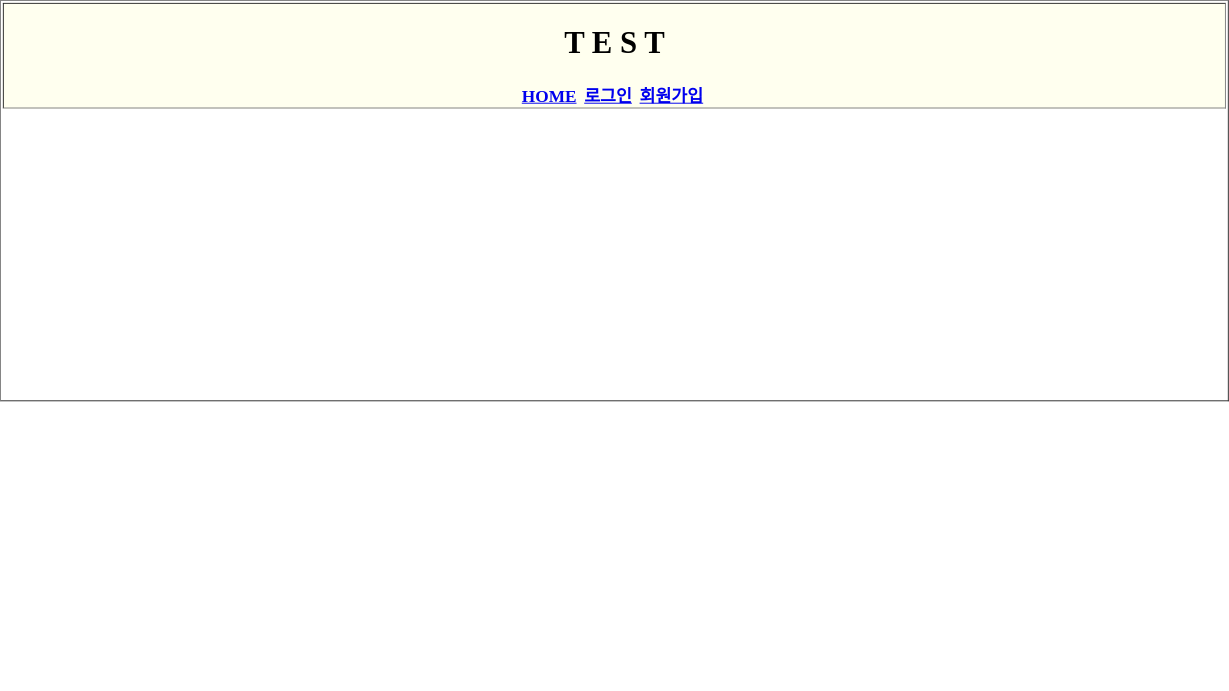
Repository: CHANGMAN-LEE/Java_ee
Page: workspace/test/WebContent/test/index.html
The author's editor kept a copy of each file at every save. The page is drawn from the files as they stood at one save, then again after the next save.
The browser window is 1280 px wide. The pictures show the whole page, at 96% of full size.

Above is the page before, as saved 2020-07-09 05:54:09.

After the next save:
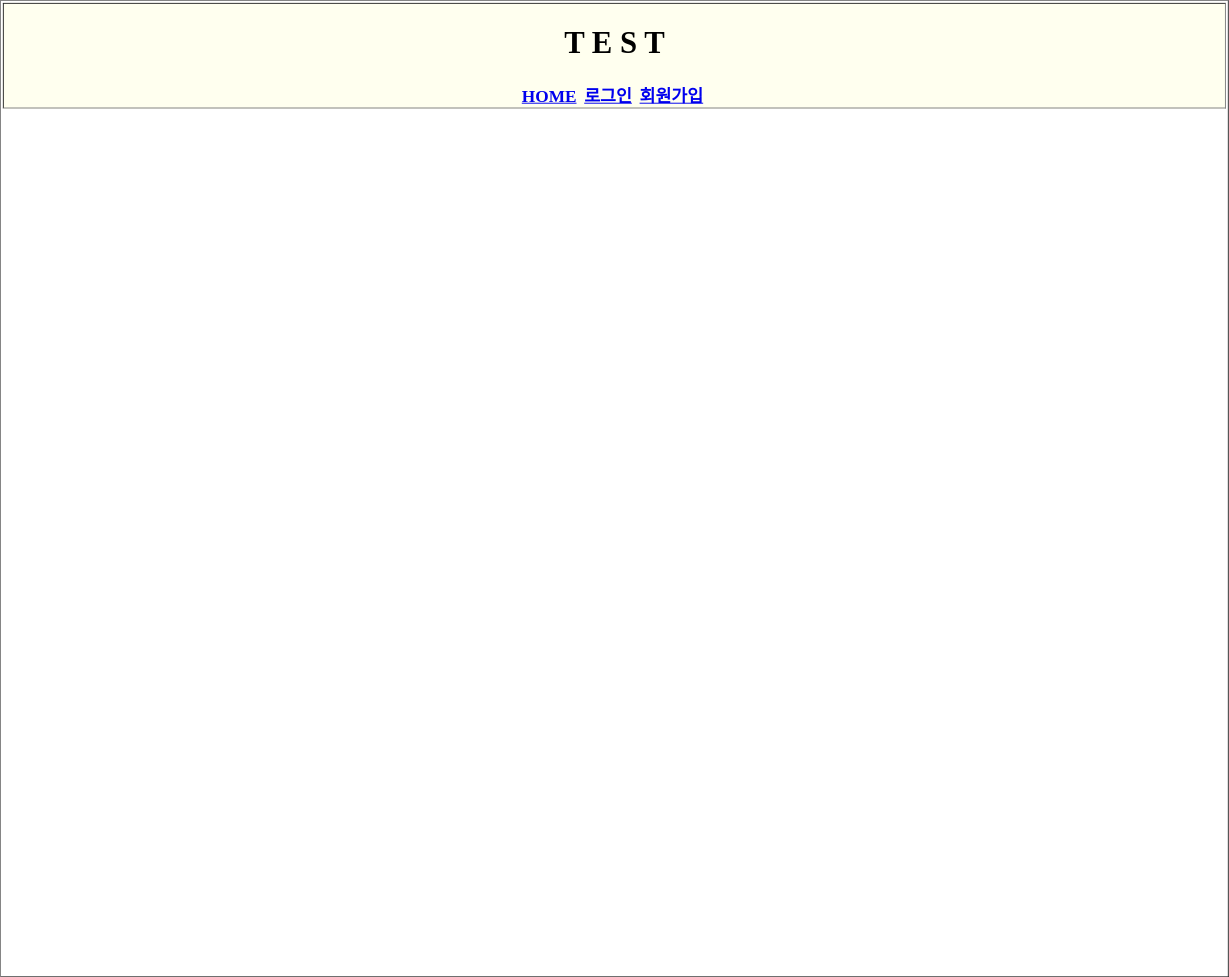
Saved 55 s later.
--- a/workspace/test/WebContent/test/index.html
+++ b/workspace/test/WebContent/test/index.html
@@ -14,7 +14,8 @@
 			<a href="../test/writeForm.jsp"><font size="4"><strong>회원가입</strong></font></a>&nbsp;
 		</td>
 	</tr>
-	<tr width="300" height="300" valign="top" align="center" style="background-color:#FFFFEBCD">
+	<tr width="300" height="900" valign="top" align="center" style="background-color:#FFFFEBCD">
+
 	</tr>
 </table>
 </body>
